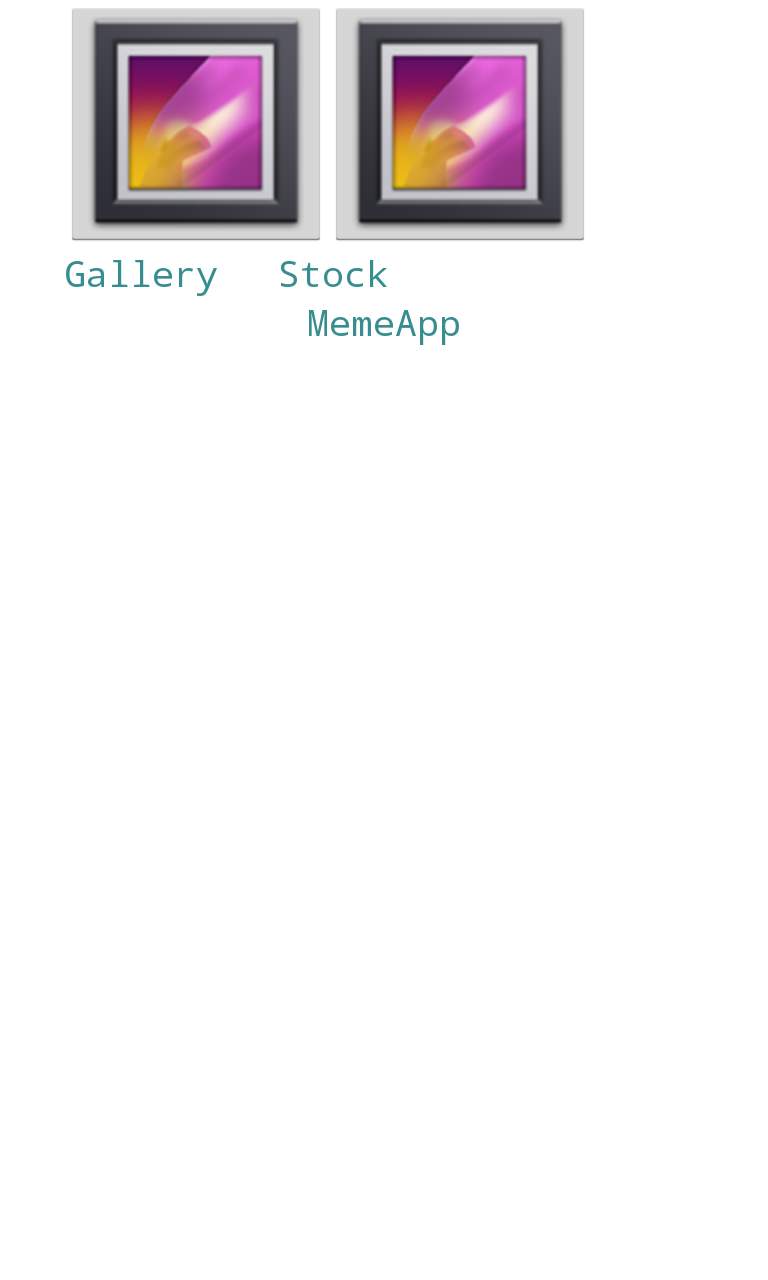
Repository: njb26/3093_Software_Engineering_2013
Layout: app/workspace/MemeApp/res/layout/activity_selection.xml
The author's editor kept a copy of each file at every save. The layout is drawn from the files as they stood at one save, then again after the next save.
It is drawn on a 768 x 1280 px phone screen (xhdpi) without system bars, with theme AppTheme; the app's code is not run.

Above is the layout before, as saved 2013-05-23 21:33:30.

After the next save:
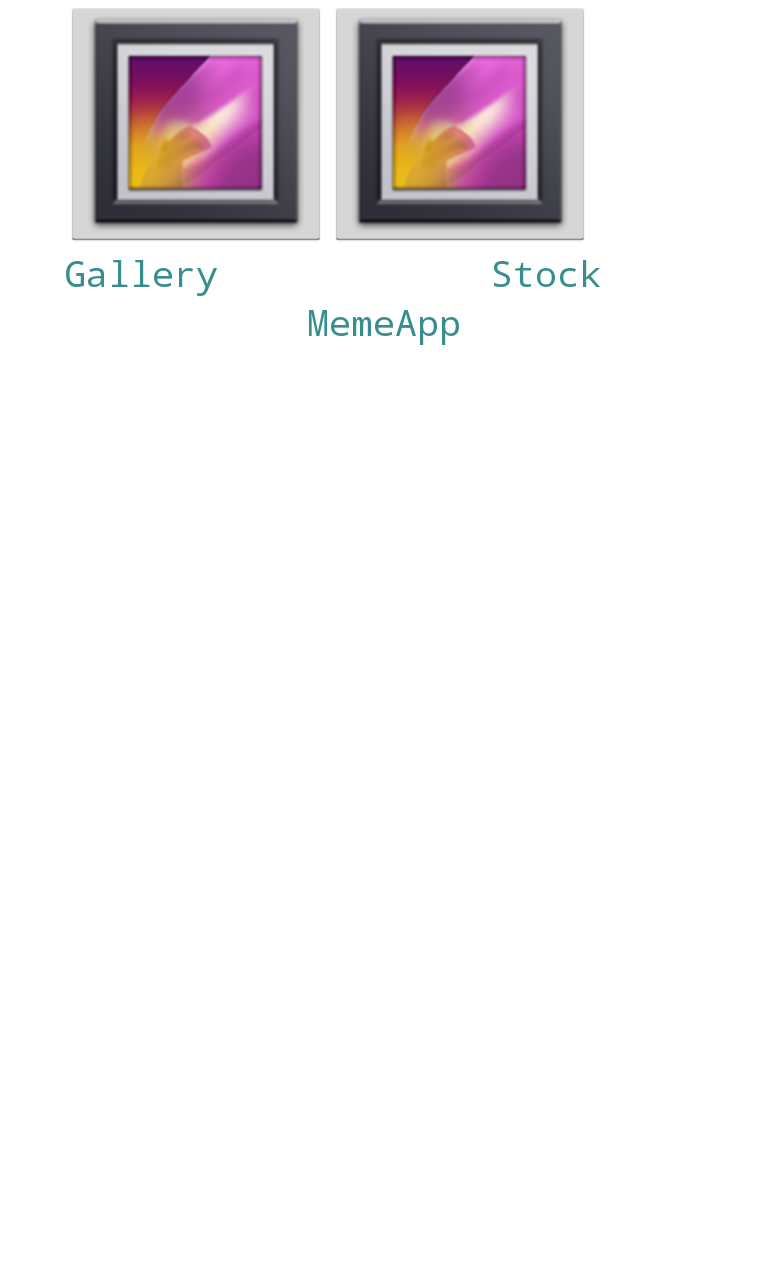
Saved 12 s later.
--- a/app/workspace/MemeApp/res/layout/activity_selection.xml
+++ b/app/workspace/MemeApp/res/layout/activity_selection.xml
@@ -35,12 +35,12 @@
     	android:orientation="horizontal">
     	<TextView
         style="@style/StandardFont"
-        android:layout_weight="2"
+        android:layout_weight="1"
 
         android:text="@string/gallery" />
     	<TextView
         style="@style/StandardFont"
-        android:layout_weight="1"
+        android:layout_weight="2"
 
         android:text="@string/stock" />
    	</LinearLayout>
